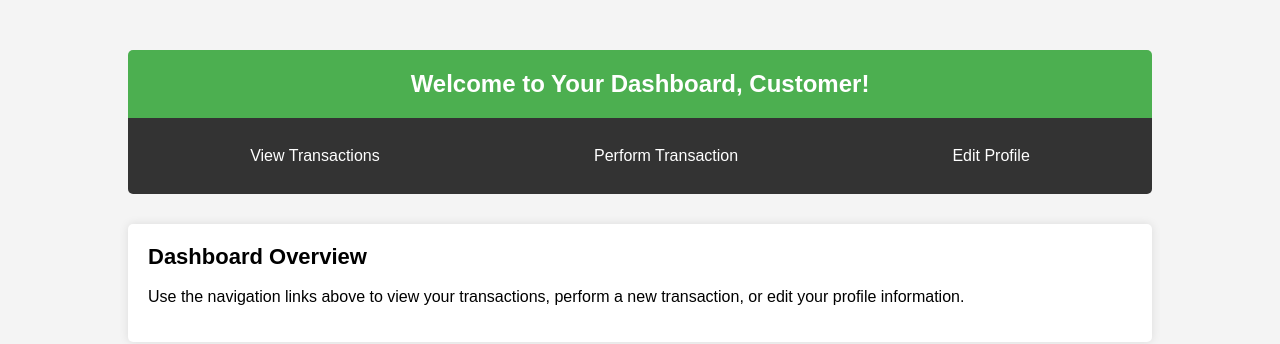
Repository: vinayakGarudi2002/swabhavTrainingProjects
Page: http://localhost/01_banking_application/customerOperation.jsp
These files come from the project's save history. The page is drawn as it stood at one moment and after the next save; the edit follows.
The browser window is 1280 px wide. The pictures show the whole page.
The page is served by Tomcat 9.

Above is the page before, as saved 2024-08-11 17:19:11.

After the next save:
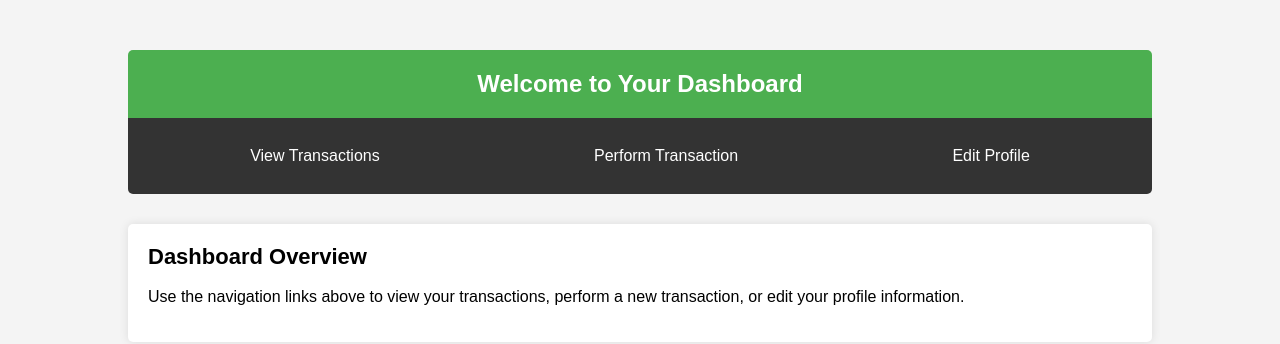
Saved 24 s later.
--- a/01_banking_application/WebContent/customerOperation.jsp
+++ b/01_banking_application/WebContent/customerOperation.jsp
@@ -76,7 +76,7 @@
 <body>
     <div class="dashboard-container">
         <div class="header">
-            <h1>Welcome to Your Dashboard, Customer!</h1>
+            <h1>Welcome to Your Dashboard</h1>
         </div>
 
         <div class="nav">
